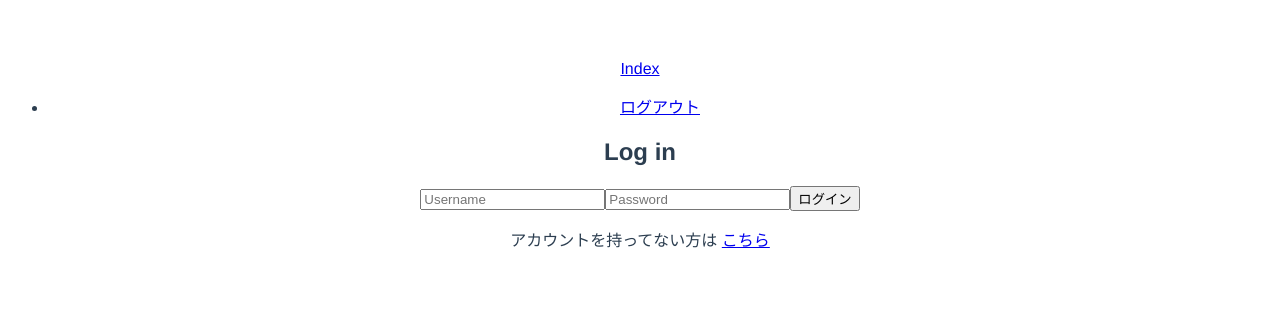
Repository: dododoSA/chat-app
Page: /login (app in front/)
An editor plug-in stored every save of this project. The page is shown before and after a run of saves, followed by the edit.
The browser window is 1280 px wide. The pictures show the whole page.
The project was rebuilt for these pictures with package versions that can differ from the ones it lists, and the page was loaded fresh each time. Also part of the build but not shown: front/vue.config.js, front/src/components/Thread.vue, front/src/components/Channel.vue, front/src/components/Top.vue, front/src/components/Signup.vue, front/src/components/NewChannelForm.vue, front/src/components/EditChannelForm.vue.

Above is the page before, as saved 2019-09-15 11:12:06.

After the next 2 saves:
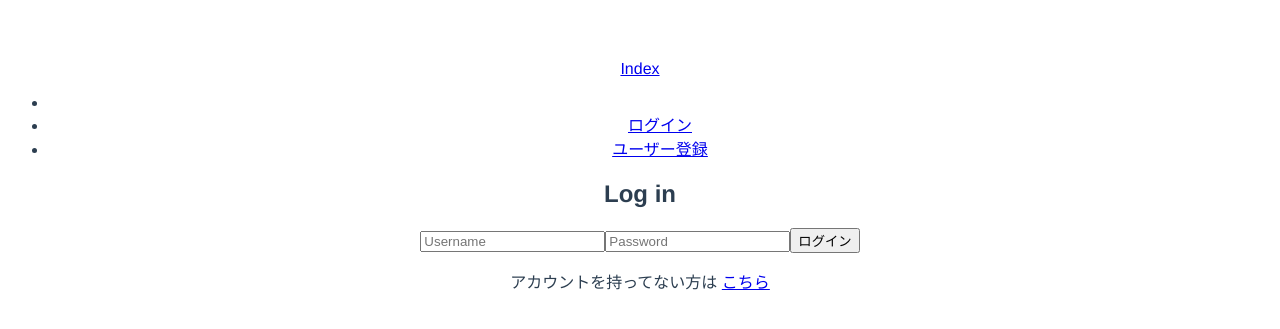
The 2 saves are shown as one change because they came seconds apart.
The last was saved 7 h 36 min later.
--- a/front/src/App.vue
+++ b/front/src/App.vue
@@ -26,22 +26,7 @@ export default {
   name: 'app',
   methods: {
     logout: function() {
-      let _this = this
-      axios.get("/logout")
-      .then(function(){
-        _this.$store.dispatch('getMe')
-        _this.$router.push("/")
-      })
-      .catch(function(error) {
-        console.log(error)
-      })
-    }
-  },
-  computed: {
-    me() {
-      console.log(this.$store.state.username);
 
-      return this.$store.state.username !== ''
     }
   }
 }
